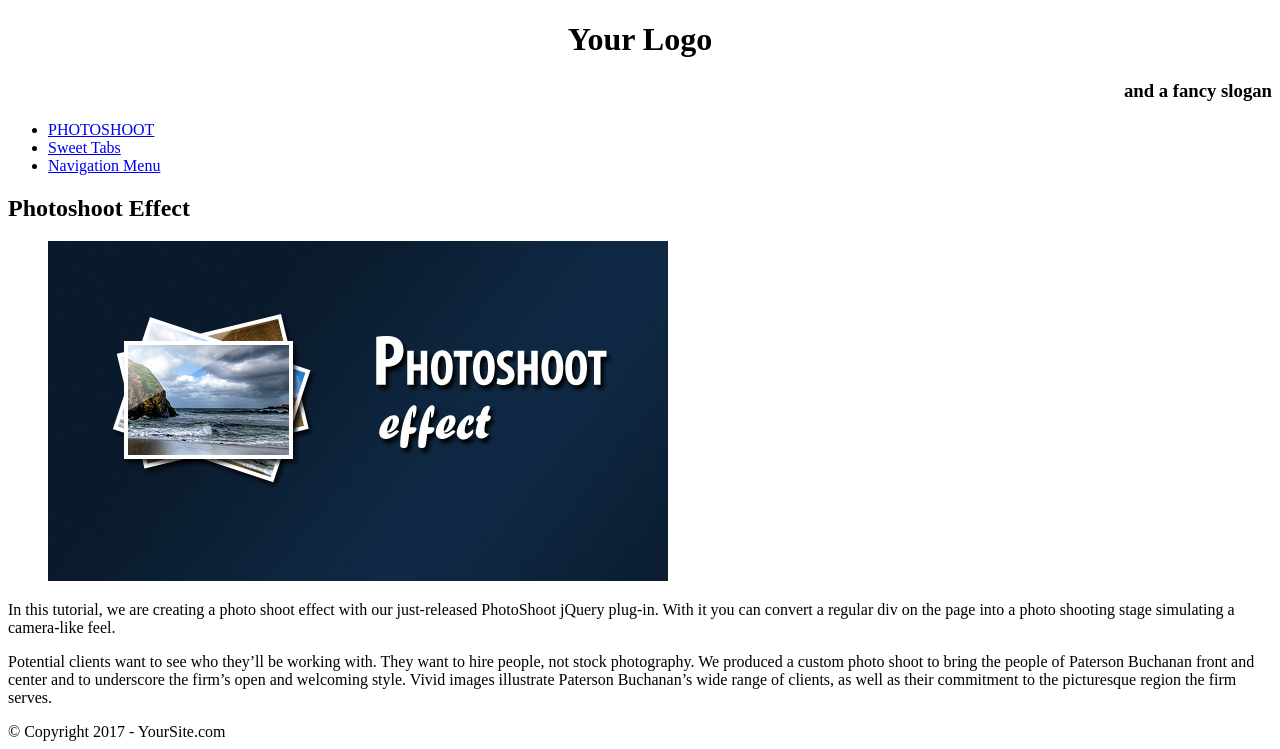
Repository: Helianthusss/Learn-CPP
Page: HTML/Lab-03/Lab-3-Resources/Ex01_PhotoShootEffect/photo-shoot-effect.html
An editor plug-in stored every save of this project. The page is shown before and after the next save, followed by the edit.
The browser window is 1280 px wide. The pictures show the whole page.

Above is the page before, as saved 2021-10-13 07:42:18.

### HTML/Lab-03/Lab-3-Resources/Ex01_PhotoShootEffect/photo-shoot-effect.html
<!DOCTYPE html>
<html lang="en">
  <head>
    <meta charset="UTF-8" />
    <title>Photo Shoot Effect</title>
    <link rel="stylesheet" type="text/css" href="photo-shoot-effect.css" />
  </head>
  <body>
    <div>
      <header>
        <h1>Your Logo</h1>
        <h3>and a fancy slogan</h3>
        <nav>
          <ul>
            <li><a href="#">PHOTOSHOOT</a></li>
            <li><a href="#" title="sweet tabs">Sweet Tabs</a></li>
            <li><a href="#">Navigation Menu</a></li>
          </ul>
        </nav>
      </header>

      <main>
        <article>
          <h2>Photoshoot Effect</h2>
          <div class="article-content">
            <figure>
              <img src="images/photo.jpg" />
            </figure>
            <p>
              In this tutorial, we are creating a photo shoot effect with our
              just-released PhotoShoot jQuery plug-in. With it you can convert a
              regular div on the page into a photo shooting stage simulating a
              camera-like feel.
            </p>
            <p>
              Potential clients want to see who they’ll be working with. They
              want to hire people, not stock photography. We produced a custom
              photo shoot to bring the people of Paterson Buchanan front and
              center and to underscore the firm’s open and welcoming style.
              Vivid images illustrate Paterson Buchanan’s wide range of clients,
              as well as their commitment to the picturesque region the firm
              serves.
            </p>
          </div>
        </article>
      </main>

      <footer>&copy; Copyright 2017 - YourSite.com</footer>
    </div>
  </body>
</html>

### HTML/Lab-03/Lab-3-Resources/Ex01_PhotoShootEffect/photo-shoot-effect.css
h1 {
  text-align: center;
}
h3 {
  text-align: right;
}

After the next save:
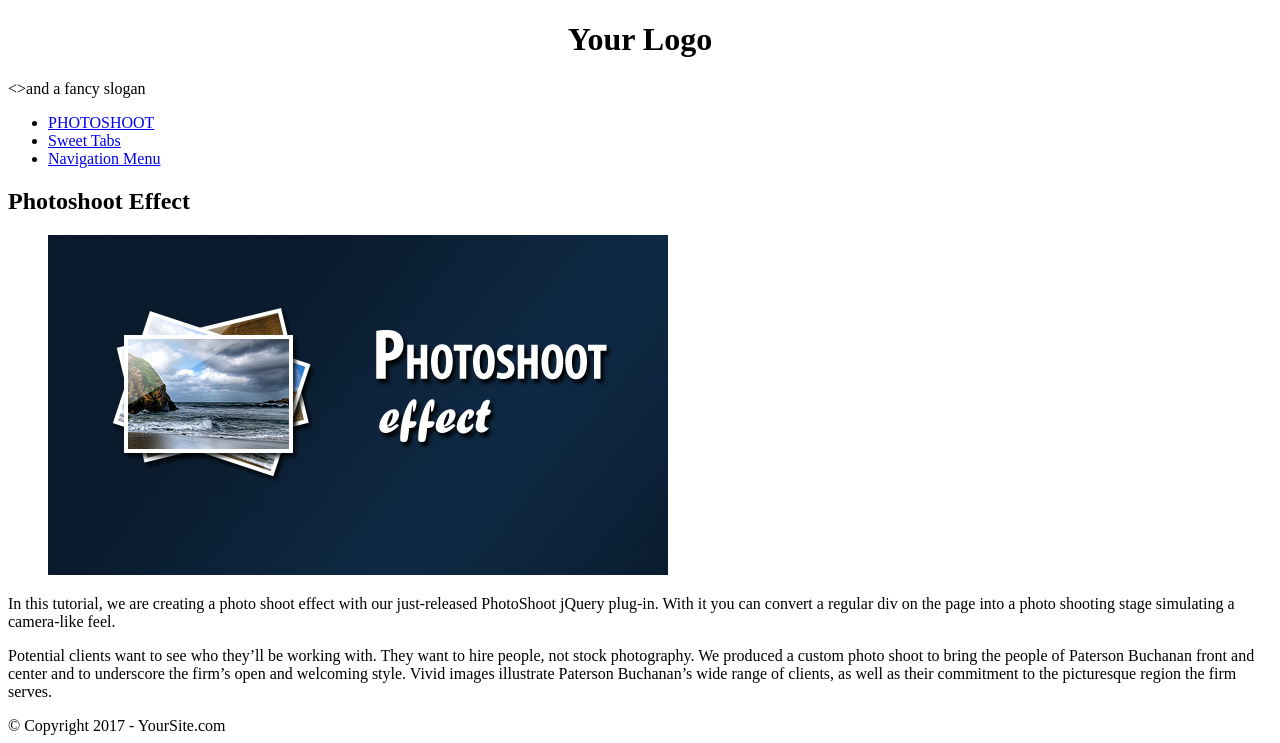
Saved 64 s later.
--- a/HTML/Lab-03/Lab-3-Resources/Ex01_PhotoShootEffect/photo-shoot-effect.html
+++ b/HTML/Lab-03/Lab-3-Resources/Ex01_PhotoShootEffect/photo-shoot-effect.html
@@ -9,7 +9,7 @@
     <div>
       <header>
         <h1>Your Logo</h1>
-        <h3>and a fancy slogan</h3>
+        <>and a fancy slogan</>
         <nav>
           <ul>
             <li><a href="#">PHOTOSHOOT</a></li>
@@ -18,7 +18,7 @@
           </ul>
         </nav>
       </header>
-
+    <table>
       <main>
         <article>
           <h2>Photoshoot Effect</h2>
@@ -44,7 +44,7 @@
           </div>
         </article>
       </main>
-
+    </table>
       <footer>&copy; Copyright 2017 - YourSite.com</footer>
     </div>
   </body>
